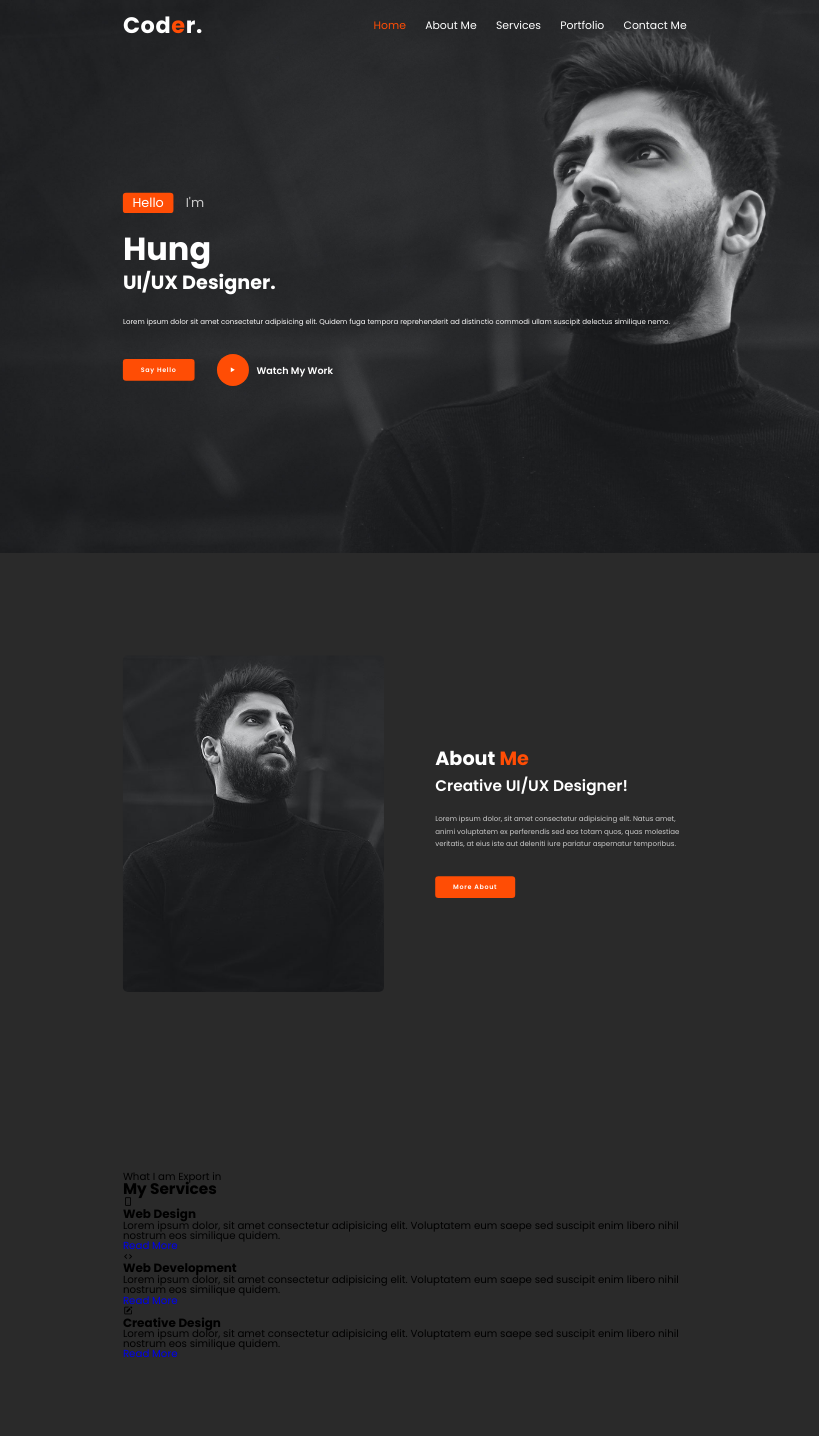
Repository: HungNg99/Protifolio2
Page: Portfolio/index.html
An editor plug-in stored every save of this project. The page is shown before and after the next save, followed by the edit.
The browser window is 1280 px wide. The pictures show the whole page, at 64% of full size.

Above is the page before, as saved 2022-12-11 09:07:02.

### Portfolio/index.html
<!DOCTYPE html>
<html lang="en">

<head>
    <meta charset="UTF-8">
    <meta http-equiv="X-UA-Compatible" content="IE=edge">
    <meta name="viewport" content="width=device-width, initial-scale=1.0">
    <title>Portfolio</title>
    <link rel="stylesheet" href="./reset.css">
    <link rel="stylesheet" href="./style.css">
    <link rel="stylesheet" href="https://cdnjs.cloudflare.com/ajax/libs/font-awesome/6.2.1/css/all.min.css"
        integrity="sha512-MV7K8+y+gLIBoVD59lQIYicR65iaqukzvf/nwasF0nqhPay5w/9lJmVM2hMDcnK1OnMGCdVK+iQrJ7lzPJQd1w=="
        crossorigin="anonymous" referrerpolicy="no-referrer" />

        <link rel="stylesheet"
        href="https://unpkg.com/boxicons@latest/css/boxicons.min.css">

    <link
        href="https://fonts.googleapis.com/css2?family=Montserrat:wght@800&family=Poppins:ital,wght@0,300;0,400;0,600;0,700;1,600&family=Roboto:wght@300;500&display=swap"
        rel="stylesheet">
</head>

<body>
    <!-- header design-->
    <header>
        <a href="#" class="logo">Cod<span>e</span>r.</a>
        <ul class="nav-list">
            <li><a href="#home" class="nav-link active">
                    Home
                </a></li>
            <li><a href="#about" class="nav-link">
                    About Me
                </a></li>
            <li><a href="#services" class="nav-link">
                    Services
                </a></li>
            <li><a href="#portfolio" class="nav-link">
                    Portfolio
                </a></li>
            <li><a href="#contact" class="nav-link">
                    Contact Me
                </a></li>
        </ul>

        <div class="bx bx-menu" id="menu-icon">
        </div>
    </header>

    <!-- home section design -->
    <section class="home" id="home">
       <div class="home-text">
        <div class="slide">
            <span class="one">Hello</span>
            <span class="two">I'm</span>
        </div>
        <h1>Hung</h1>
        <h3>UI/UX <span>Designer.</span> </h3>
        <p>Lorem ipsum dolor sit amet consectetur adipisicing elit. Quidem fuga tempora reprehenderit ad distinctio commodi ullam suscipit delectus similique nemo.</p>
        <div class="button">
            <a href="#" class="btn">Say Hello</a>
            <a href="#" class="btn2"><span><i class='bx bx-play'></i>Watch My Work</span></a>
        </div>
       </div>
    </section>

    <!-- about section design -->
    <section class="about" id="about">
        <div class="about-img">
            <img src="./img/about.jpg" alt="">
        </div>
        <div class="about-text">
            <h2>About <span>Me</span></h2>
            <h4>Creative UI/UX Designer!</h4>
            <p>Lorem ipsum dolor, sit amet consectetur adipisicing elit. Natus amet, animi voluptatem ex perferendis sed eos totam quos, quas molestiae veritatis, at eius iste aut deleniti iure pariatur aspernatur temporibus.</p>
            <a href="#" class="btn">More About</a>
        </div>
    </section>

    <!-- about section design -->
    <section class="services" id="services">
        <div class="main-text">
            <p>What I am Export in</p>
            <h2><span>My</span> Services</h2>
        </div>

        <div class="services-content">
            <div class="box">
                <div class="s-icons">
                    <i class='bx bx-mobile-alt'></i>
                </div>
                <h3>Web Design</h3>
                <p>Lorem ipsum dolor, sit amet consectetur adipisicing elit. Voluptatem eum saepe sed suscipit enim libero nihil nostrum eos similique quidem.</p>
                <a href="#" class="read">Read More</a>
            </div>
            <div class="box">
                <div class="s-icons">
                    <i class='bx bx-code'></i>
                </div>
                <h3>Web Development</h3>
                <p>Lorem ipsum dolor, sit amet consectetur adipisicing elit. Voluptatem eum saepe sed suscipit enim libero nihil nostrum eos similique quidem.</p>
                <a href="#" class="read">Read More</a>
            </div>
            <div class="box">
                <div class="s-icons">
                    <i class='bx bxs-edit'></i>
                </div>
                <h3>Creative Design</h3>
                <p>Lorem ipsum dolor, sit amet consectetur adipisicing elit. Voluptatem eum saepe sed suscipit enim libero nihil nostrum eos similique quidem.</p>
                <a href="#" class="read">Read More</a>
            </div>
        </div>
    </section>
    <script src="./scripts.js"></script>
</body>

</html>

### Portfolio/reset.css
html {
    box-sizing: border-box;
  }
  * {
    margin: 0;
    padding: 0;
  }
  *,
  *:before,
  *:after {
    box-sizing: border-box;
  }
  input,
  textarea,
  select,
  button {
    outline: none;
  }
  input {
    line-height: normal;
  }
  label,
  button {
    cursor: pointer;
  }
  a {
    text-decoration: none;
  }
  img {
    display: block;
    max-width: 100%;
  }
  *,
  *:before,
  *:after {
    box-sizing: border-box;
  }
  /* using rem unit */
  html {
    font-size: 62.5%;
  }
  a {
    text-decoration: none;
  }
  img {
    display: block;
    max-width: 100%;
  }
  body {
    font-family: "Poppins", sans-serif;
    font-size: 16px;
    line-height: 1;
    list-style: none;
    scroll-behavior: smooth;
    /* height: 200vh; */
  }

### Portfolio/style.css
body{
    background-color: var(--bg-color);
}
:root {
    --bg-color: #2a2a2a;
    --second-bg-color: #202020;
    --text-color: #fff;
    --second-color: #ccc;
    --main-color: #ff4d05;
    --big-font: 5rem;
    --h2-font: 3rem;
    --p-font: 1.1rem;
}

header {
    position: fixed;
    width: 100%;
    top: 0;
    right: 0;
    z-index: 1000;
    background: transparent;
    padding: 22px 15%;
    border-bottom: 1px solid transparent;
    transition: all 0.45s ease;
    display: flex;
    justify-content: space-between;
    align-items: center;
}

.logo {
    color: var(--text-color);
    font-size: 35px;
    font-weight: 700;
    letter-spacing: 1px;
}

.logo span {
    color: var(--main-color);
}

.nav-list {
    display: flex;
    list-style: none;
}

.nav-list .nav-link {
    color: var(--text-color);
    margin: 0 15px;
    font-size: 17px;
    font-weight: 500;
    transition: all 0.45s ease;
}

.nav-list .nav-link:hover {
    color: var(--main-color);
}

.nav-list .nav-link.active {
    color: var(--main-color);
}

#menu-icon {
    color: var(--text-color);
    font-size: 35px;
    z-index: 10001;
    cursor: pointer;
    margin-left: 25px;
    display: none;

}

section {
    padding: 160px 15% 120px;
}

.home {
    position: relative;
    background-image: url(./img/background.jpg);
    background-repeat: no-repeat;
    background-position: center;
    background-size: cover;
    height: 120vh;
    width: 100%;
    display: flex;
    align-items: center;
    justify-content: flex-start;
}

.slide {
    margin-bottom: 30px;
}

.one {
    display: inline-block;
    margin-right: 15px;
    height: 32px;
    padding: 0 15px;
    line-height: 32px;
    font-size: 20px;
    font-weight: 500;
    border-radius: 5px;
    background-color: var(--main-color);
    color: var(--text-color);
}

.two {
    display: inline-block;
    color: var(--second-color);
    font-size: 20px;
    font-weight: 500;
}
.home-text h1 {
    font-size: var(--big-font);
    font-weight: 700;
    color: var(--text-color);
    line-height:1.1;
    margin: 0 0 8px;
}
.home-text h3{
    color: var(--text-color);
    margin: 0 0 35px;
    font-size: 3rem;
    font-weight: 700;
    line-height:1.1;
}
.home-text p{
    color: var(--text-color);
    font-size: var(--p-font);
    line-height:1.8;
    margin-bottom: 40px;
}
.button{
    display:flex;
    align-items: center;
    justify-content: flex-start;
}
.btn{
    display: inline-block;
    padding: 12px 28px;
    background: var(--main-color);
    border-radius: 5px;
    color: var(--text-color);
    font-size:1rem;
    letter-spacing: 1px;
    font-weight: 600;
    transition: all 0.45s ease;
}
.btn:hover{
    transform: scale(1.1);
}
.btn2{
    display: inline-flex;
    align-items: center;
    justify-content: center;
    font-size: 15px;
    font-weight:600;
    color: var(--text-color);
    margin-left: 35px;
}
.btn2 span{
    display: inline-flex;
    align-items: center;
    justify-content: center;
}
.btn2 span i{
    margin-right: 12px;
    height: 50px;
    width: 50px;
    border-radius: 50%;
    display: flex;
    align-items: center;
    justify-content: center;
    transition: all 0.45s ease;
    background-color: var(--main-color);
    color: var(--text-color);
}
.btn2 span i:hover{
    transform: scale(1.1);
}
header.sticky{
    background-color: var(--bg-color);
    border-bottom: 1px solid #ffffff1a;
    padding: 12px 15%;
}

.about{
    display: grid;
    grid-template-columns: repeat(2,1fr);
    align-items: center;
    gap: 8rem;
}


.about-img img{
  max-width: 530px;
  height: auto;
  width: 100%;
  border-radius: 8px;
}
.about-text span {
    color: var(--main-color);
}
.about-text h2{
  font-size: var(--h2-font);
  line-height:1;
  color: var(--text-color);
}
.about-text h4{
   font-size: 24px;
   font-weight:600;
   color: var(--text-color);
   line-height:1;
   margin: 15px 0px 30px;
}
.about-text p {
   color: var(--second-color);
   font-size: var(--p-font);
   line-height:1.8;
   margin-bottom: 4rem;
}

Loaded but not shown: Portfolio/scripts.js (no copy from this time; the picture is the same without it)

After the next save:
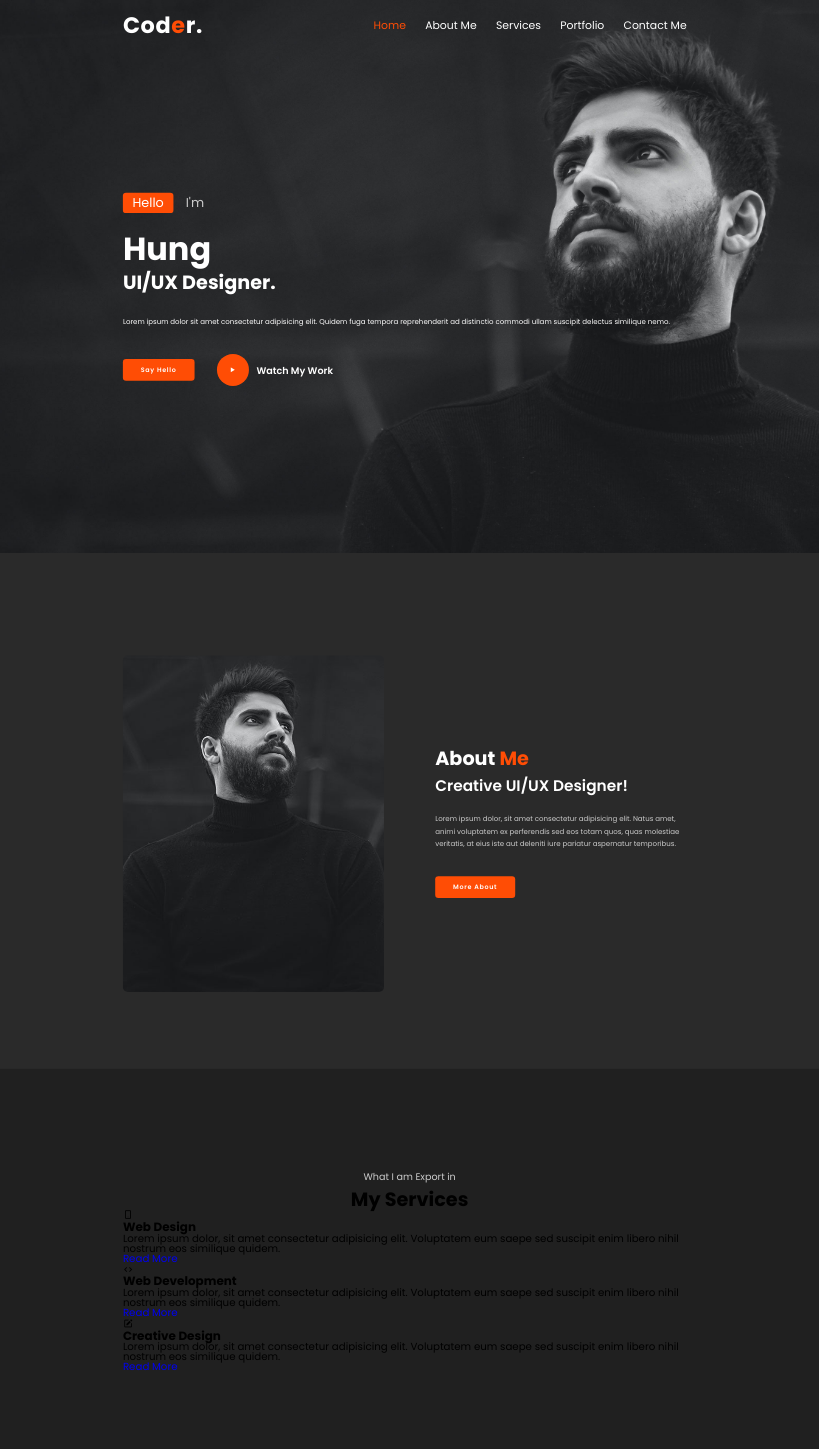
Saved 2 min 17 s later.
--- a/Portfolio/style.css
+++ b/Portfolio/style.css
@@ -218,3 +218,19 @@ header.sticky{
    line-height:1.8;
    margin-bottom: 4rem;
 }
+.services{
+
+    background-color: var(--second-bg-color);
+}
+.main-text{
+    text-align: center;
+}
+.main-text p{
+    color: var(--second-color);
+    font-size: 15px;
+    margin-bottom: 15px;
+}
+.main-text h2{
+    font-size:var(--h2-font);
+    line-height:1;
+}
